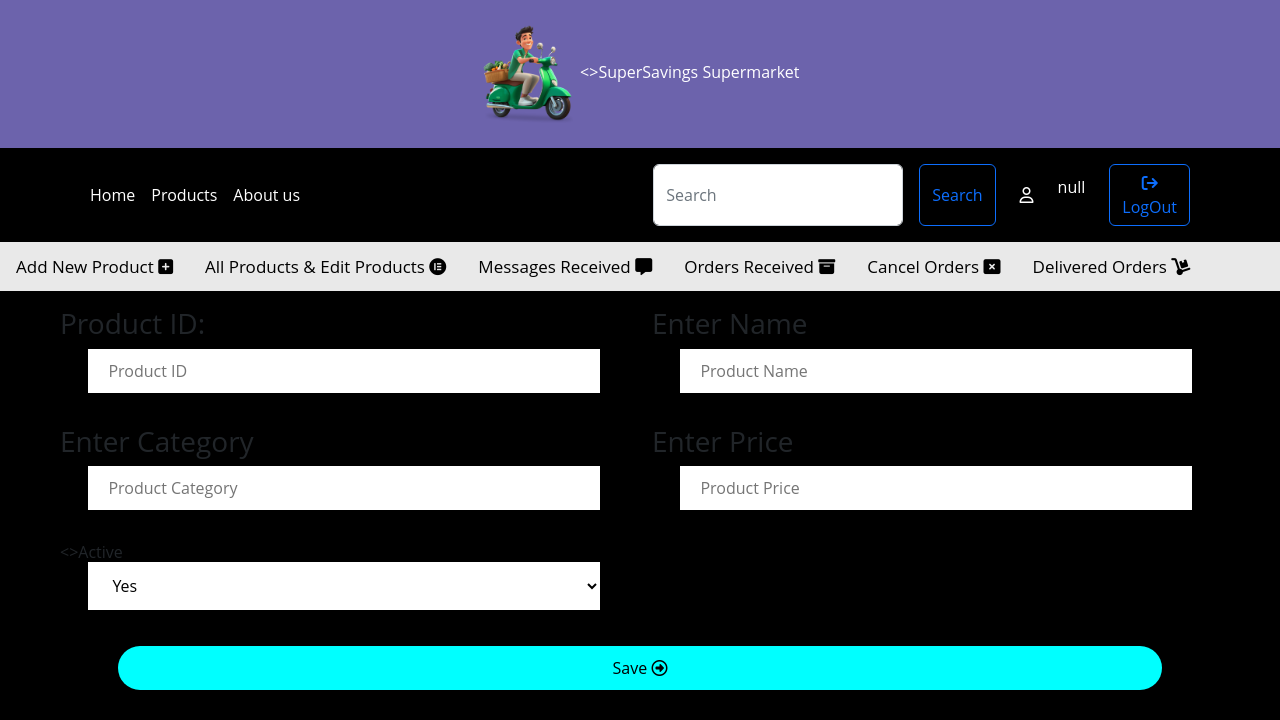
Repository: Raviraj39/SuperSaving-Online-Supermarket-Website
Page: http://localhost/Super_market/AddNewProduct.jsp
These files come from the project's save history. The page is drawn as it stood at one moment and after the next save; the edit follows.
The browser window is 1280 px wide. The pictures show the whole page.
The page is served by Tomcat 9. Other server files are loaded and not shown.

Above is the page before, as saved 2023-12-28 18:27:48.

### Super_market/src/main/webapp/AddNewProduct.jsp
<%@ page language="java" contentType="text/html; charset=ISO-8859-1"
    pageEncoding="ISO-8859-1"%>

     <%@page import ="java.sql.*"%>
      <%@page import ="java.io.IOException" %>
    <%@ page import ="java.io.PrintWriter"%>
    <%@ include file="AdminHome.jsp" %>

    <%


    %>
<!DOCTYPE html>
<html>
<head>
<meta charset="ISO-8859-1">
<title>SuperSaving Supermarket</title>
<link rel="stylesheet" href="css/addproduct.css">
<link rel="stylesheet" href="https://cdnjs.cloudflare.com/ajax/libs/font-awesome/6.5.1/css/all.min.css" integrity="sha512-DTOQO9RWCH3ppGqcWaEA1BIZOC6xxalwEsw9c2QQeAIftl+Vegovlnee1c9QX4TctnWMn13TZye+giMm8e2LwA==" crossorigin="anonymous" referrerpolicy="no-referrer" />
<link href="https://cdn.jsdelivr.net/npm/bootstrap@5.2.3/dist/css/bootstrap.min.css" rel="stylesheet"
		integrity="sha384-rbsA2VBKQhggwzxH7pPCaAqO46MgnOM80zW1RWuH61DGLwZJEdK2Kadq2F9CUG65" crossorigin="anonymous">
</head>
<body class="body">

<%
String msg=request.getParameter("msg");
if("done".equals(msg)){
	%>
	<h3 class="alert">product added successfully!!!</h3>
	<% }%>
	<%
	if("wrong".equals(msg)){
	%>

<h3 class="alert">Some thing went wrong! Try Again!</h3>

	<% }%>







<form method="post" action="addproduct" class="cotainer ">
		<div class="cotainer mx-5  row" >
		<div class="col-12 col-md-6 my-3">
		<h3 >Product ID: </h3>
		<input type="text" class="input-style " name="input1" placeholder="Product ID">
		</div>
		<div class="col-12 col-md-6 my-3">
		 <h3>Enter Name</h3>
		 	<input type="text" class="input-style" name="input2" placeholder="Product Name">

		</div>

		<div class=" col-12 col-md-6 my-3">
		<h3>Enter Category</h3>
		<input type="text"  class="input-style" name="input3" placeholder="Product Category">

		</div>

		<div class="col-12 col-md-6 my-3">
		<h3>Enter Price</h3>
		<input type="text" class="input-style" name="input4" placeholder="Product Price">
		</div>

		<div class=" col-12 col-md-6 my-3">
		<>Active</>
		<select name="active" class="input-style" id="active">
			<option value="yes">Yes</option>
			<option value="no">No</option>
		</select>

		</div>

		<div class=" col-12  my-3">
		<button class="button" type="submit">Save <i class='far fa-arrow-alt-circle-right'></i>
		</div>
		</button>
		</div>

</form>
</body>
</html>

### Super_market/src/main/webapp/AdminHome.jsp
<%@ page language="java" contentType="text/html; charset=ISO-8859-1"
    pageEncoding="ISO-8859-1"%>
<!DOCTYPE html>
<html>
<head>
<meta charset="ISO-8859-1">
<title>SuperSaving Supermarket</title>
<link rel="stylesheet" href="css/homestyle.css">
<link rel="stylesheet" href="https://cdnjs.cloudflare.com/ajax/libs/font-awesome/6.5.1/css/all.min.css" integrity="sha512-DTOQO9RWCH3ppGqcWaEA1BIZOC6xxalwEsw9c2QQeAIftl+Vegovlnee1c9QX4TctnWMn13TZye+giMm8e2LwA==" crossorigin="anonymous" referrerpolicy="no-referrer" />
<link href="https://cdn.jsdelivr.net/npm/bootstrap@5.2.3/dist/css/bootstrap.min.css" rel="stylesheet"
		integrity="sha384-rbsA2VBKQhggwzxH7pPCaAqO46MgnOM80zW1RWuH61DGLwZJEdK2Kadq2F9CUG65" crossorigin="anonymous">

</head>
<body>
	<div class="container-fluid navtop">
		<div class="text-center py-4 text-white  ">
			<img src="./images/illustrations/BikeDilvery.webp" alt="" class="" height="100px">
			<>SuperSavings Supermarket</>
		</div>
	</div>
	<nav class="navbar navbar-expand-lg bg-black text-white py-3">
		<div class="container text-white">
			<button class="navbar-toggler" type="button" data-bs-toggle="collapse"
				data-bs-target="#navbarSupportedContent" aria-controls="navbarSupportedContent" aria-expanded="false"
				aria-label="Toggle navigation">
				<span class="navbar-toggler-icon"></span>
			</button>
			<div class="collapse navbar-collapse " id="navbarSupportedContent">
				<ul class="navbar-nav me-auto mb-2 mb-lg-0  ">
					<li class="nav-item">
						<a class="nav-link active text-white" href="./AdminHome.jsp">Home</a>
					</li>
					<li class="nav-item">
						<a class="nav-link text-white" href="">Products</a>
					</li>
					<li class="nav-item">
						<a class="nav-link text-white" href="#"> About us</a>
					</li>
				</ul>
				<form class="d-flex" role="search">
					<input class="form-control me-2" type="search" placeholder="Search" aria-label="Search">
					<button class="btn btn-outline-primary mx-2" type="submit">Search</button>
					<div class="d-flex align-items-center justify-content-between mx-3">
						<div class="">
						<i class="fa-regular fa-user "></i></div>
					<p class="ms-4 "><%= session.getAttribute("username") %></p>
					</div>
					<a href="logout" class="btn btn-outline-primary mx-2"> <i class="fa-solid fa-arrow-right-from-bracket"></i>LogOut  </a>
				</form>
			</div>
		</div>
	</nav>
	<div class="topnav sticky">
            <a href="AddNewProduct.jsp">Add New Product <i class='fas fa-plus-square'></i></a>
            <a href="allProductEdit.jsp">All Products & Edit Products <i class='fab fa-elementor'></i></a>
            <a href="">Messages Received <i class='fas fa-comment-alt'></i></a>
            <a href="">Orders Received <i class="fas fa-archive"></i></a>
            <a href="">Cancel Orders <i class='fas fa-window-close'></i></a>
            <a href="">Delivered Orders <i class='fas fa-dolly'></i></a>
          </div>

</body>
</html>

### Super_market/src/main/webapp/css/homestyle.css
    body {
  font-family: "Open Sans", sans-serif;
  line-height: 1.25;
  background-color: #6C63AC;
}
a
{
	text-decoration: none;
}
.sticky {
  position: -webkit-sticky;
  position: sticky;
  top: 0;
}

@font-face {
	font-family: fonts;
	src: url(../fonts/moto-verse.otf);
}
.top-nav >div{
	font-family: fonts;
	font-weight: 900;
	font-size: 4em;
}
.navtop{
	background-color: #6C63AC;
}
.carousel-img{
	height: 75vh;
}
table {
  border: 1px solid #ccc;
  border-collapse: collapse;
  margin: 0;
  padding: 0;
  width: 100%;
  /*margin-left: 5%;*/
  table-layout: fixed;
}

table caption {
  font-size: 1.5em;
  margin: .5em 0 .75em;
}

table tr {
  background-color: #f8f8f8;
  border: 1px solid #ddd;
  padding: .35em;
}

table th,
table td {
  padding: .625em;
  text-align: center;
}

table th {
  font-size: .85em;
  letter-spacing: .1em;
  text-transform: uppercase;
}

@media screen and (max-width: 600px) {
  table {
    border: 0;
  }

  table caption {
    font-size: 1.3em;
  }

  table thead {
    border: none;
    clip: rect(0 0 0 0);
    height: 1px;
    margin: -1px;
    overflow: hidden;
    padding: 0;
    position: absolute;
    width: 1px;
  }

  table tr {
    border-bottom: 3px solid #ddd;
    display: block;
    margin-bottom: .625em;
  }

  table td {
    border-bottom: 1px solid #ddd;
    display: block;
    font-size: .8em;
    text-align: right;
  }

  table td::before {
    /*
    * aria-label has no advantage, it won't be read inside a table
    content: attr(aria-label);
    */
    content: attr(data-label);
    float: left;
    font-weight: bold;
    text-transform: uppercase;
  }

  table td:last-child {
    border-bottom: 0;
  }
}

/*Header Css*/
* {box-sizing: border-box;}

    body {
      margin: 0;
      font-family: Arial, Helvetica, sans-serif;
    }

    .topnav {
      overflow: hidden;
      background-color: #e9e9e9;
    }

    .topnav a {
      float: left;
      display: block;
      color: black;
      text-align: center;
      padding: 14px 16px;
      text-decoration: none;
      font-size: 17px;
    }

    .topnav a:hover {
      background-color: #ddd;
      color: black;
    }

    .topnav a.active {
      background-color: #2196F3;
      color: white;
    }

    .topnav .search-container {
      float: right;
    }

    .topnav input[type=text] {
      padding: 6px;
      margin-top: 8px;
      font-size: 17px;
      border: none;
    }

    .topnav .search-container button {
      float: right;
      padding: 6px 10px;
      margin-top: 8px;
      margin-right: 16px;
      background: #ddd;
      font-size: 17px;
      border: none;
      cursor: pointer;
    }

    .topnav .search-container button:hover {
      background: #ccc;
    }

    @media screen and (max-width: 600px) {
      .topnav .search-container {
        float: none;
      }
      .topnav a, .topnav input[type=text], .topnav .search-container button {
        float: none;
        display: block;
        text-align: left;
        width: 100%;
        margin: 0;
        padding: 14px;
      }
      .topnav input[type=text] {
        border: 1px solid #ccc;
      }

    }





.input-style {
  width: 90%;
  padding: 12px 20px;
  margin-left:5%;
  box-sizing: border-box;
  border: none;
  background-color:white;
  color: black;
  font-size: 16px;
}

input[type=text]:focus, textarea:focus,button:focus{
  outline: 4px solid orange;
  background-color:rgb(224, 255, 219);     /* oranges! yey */
}

.button {
  background-color: aqua;
  border: none;
  color: black;
  padding: 12px 20px;
  text-align: center;
  text-decoration: none;
  display: inline-block;
  font-size: 14px;
  margin: 4px 2px;
  transition-duration: 0.4s;
  cursor: pointer;
  margin-left:5%;
  font-size: 16px;
  width: 90%;
   border-radius: 25px;
}

.button:hover {
  background-color: #555555;
  color: white;
}


.alert
{
	color:yellow;
}

.profile-style
{
	border-style: dotted;

}

.left-div
{
	width: 50%;
	display:inline-block;
}

.right-div
{
	float:right;
	width: 50%;
	display:inline-block;
}
/*footer*/
.footer {
   position: fixed;
   left: 0;
   bottom: 0;
   width: 100%;
   background-color:#ccc;
   color:black;
   text-align: center;
}

.h2222 {
  width: 100%;
  padding: 12px 20px;
  margin: 8px 0;
  box-sizing: border-box;
  border: none;
  background-color: #3CBC8D;
  color: white;
}

### Super_market/src/main/webapp/css/addproduct.css
.body {
  font-family: "Open Sans", sans-serif;
  line-height: 1.25;
  background-color: #000;
}

a{
	text-decoration: none;
}
.sticky {
  position: -webkit-sticky;
  position: sticky;
  top: 0;
}

table {
  border: 1px solid #ccc;
  border-collapse: collapse;
  margin: 0;
  padding: 0;
  width: 100%;
  /*margin-left: 5%;*/
  table-layout: fixed;
}

table caption {
  font-size: 1.5em;
  margin: .5em 0 .75em;
}

table tr {
  background-color: #f8f8f8;
  border: 1px solid #ddd;
  padding: .35em;
}

table th,
table td {
  padding: .625em;
  text-align: center;
}

table th {
  font-size: .85em;
  letter-spacing: .1em;
  text-transform: uppercase;
}

@media screen and (max-width: 600px) {
  table {
    border: 0;
  }

  table caption {
    font-size: 1.3em;
  }

  table thead {
    border: none;
    clip: rect(0 0 0 0);
    height: 1px;
    margin: -1px;
    overflow: hidden;
    padding: 0;
    position: absolute;
    width: 1px;
  }

  table tr {
    border-bottom: 3px solid #ddd;
    display: block;
    margin-bottom: .625em;
  }

  table td {
    border-bottom: 1px solid #ddd;
    display: block;
    font-size: .8em;
    text-align: right;
  }

  table td::before {
    /*
    * aria-label has no advantage, it won't be read inside a table
    content: attr(aria-label);
    */
    content: attr(data-label);
    float: left;
    font-weight: bold;
    text-transform: uppercase;
  }

  table td:last-child {
    border-bottom: 0;
  }
}

/*Header Css*/
* {box-sizing: border-box;}

    body {
      margin: 0;
      font-family: Arial, Helvetica, sans-serif;
    }


/*footer*/
.footer {
   position: fixed;
   left: 0;
   bottom: 0;
   width: 100%;
   background-color:#ccc;
   color:black;
   text-align: center;
}

.input-style {
  width: 90%;
  padding: 12px 20px;
  margin-left:5%;
  box-sizing: border-box;
  border: none;
  background-color:white;
  color: black;
  font-size: 16px;
}

input[type=text]:focus, textarea:focus,button:focus{
  outline: 4px solid orange;
  background-color:rgb(224, 255, 219);     /* oranges! yey */
}

.button {
  background-color: aqua;
  border: none;
  color: black;
  padding: 12px 20px;
  text-align: center;
  text-decoration: none;
  display: inline-block;
  font-size: 14px;
  margin: 4px 2px;
  transition-duration: 0.4s;
  cursor: pointer;
  margin-left:5%;
  font-size: 16px;
  width: 90%;
   border-radius: 25px;
}

.button:hover {
  background-color: #555555;
  color: white;
}

hr
{
	width: 90%
}

{
	text-align: center;
	color:white;
}
.alert
{
	color:yellow;
}

.profile-style
{
	border-style: dotted;

}

.left-div
{
	width: 50%;
	display:inline-block;
}

.right-div
{
	float:right;
	width: 50%;
	display:inline-block;
}

After the next save:
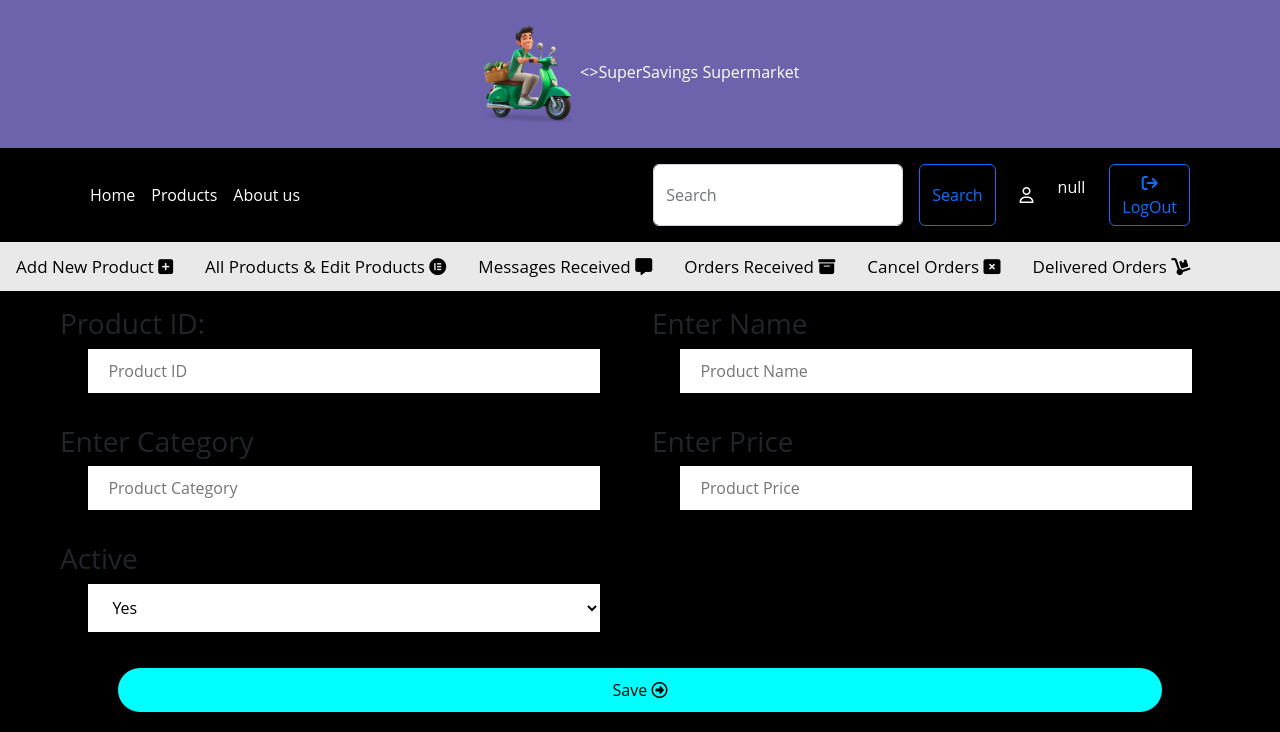
Saved 5 s later.
--- a/Super_market/src/main/webapp/AddNewProduct.jsp
+++ b/Super_market/src/main/webapp/AddNewProduct.jsp
@@ -66,7 +66,7 @@ if("done".equals(msg)){
 		</div>
 
 		<div class=" col-12 col-md-6 my-3">
-		<>Active</>
+		<h3>Active</h3>
 		<select name="active" class="input-style" id="active">
 			<option value="yes">Yes</option>
 			<option value="no">No</option>
